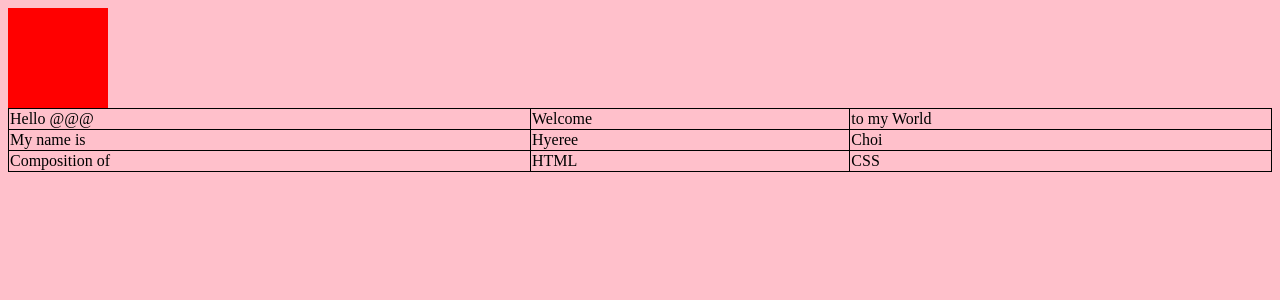
Repository: hyereechoi/hyereechoi.github.io
Page: page2.html
The author's editor kept a record of every edit. The page is drawn from the files as they stood at one moment, then again after the next edit.
The browser window is 1280 px wide. The pictures show the whole page.

Above is the page before.

### page2.html
<!DOCTYPE html>
<html>
<head>
<style>
div {
    width: 100px;
    height: 100px;
    background: red;
    -webkit-transition: width 2s; /* For Safari 3.1 to 6.0 */
    transition: width 2s;
}

div:hover {
    width: 300px;
}
</style>
</head>
<body>

<div></div>


</body>
</html>

<!DOCTYPE html>
<html>

<head>
<style>
table, th, td {
    border: 1px solid black;
    border-collapse: collapse;
}
</style>
</head>

<body>

  <style>
  body {background-color:pink}

</style>

<table style="width:100%">
  <tr>
    <td>Hello @@@</td>
    <td>Welcome</td>
    <td>to my World</td>
  </tr>
  <tr>
    <td>My name is</td>
    <td>Hyeree</td>
    <td>Choi</td>
  </tr>
  <tr>
    <td>Composition of</td>
    <td>HTML</td>
    <td>CSS</td>
  </tr>
</table>

</body>
</html>

After the next edit:
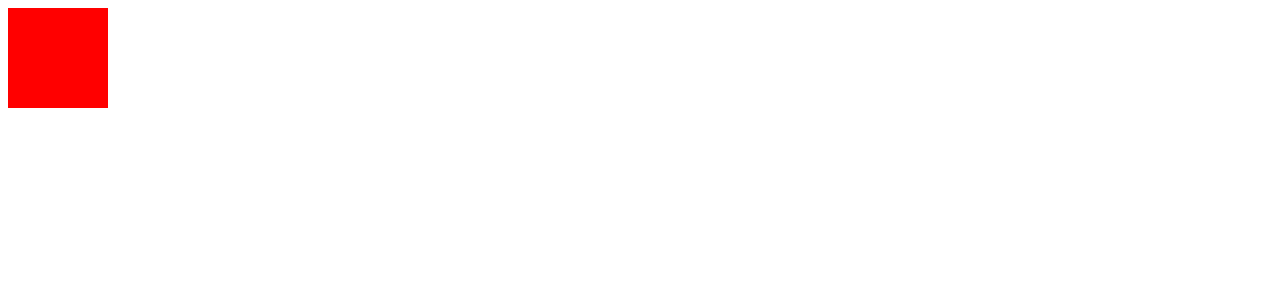
The edit:
--- a/page2.html
+++ b/page2.html
@@ -22,43 +22,3 @@
 
 </body>
 </html>
-
-<!DOCTYPE html>
-<html>
-
-<head>
-<style>
-table, th, td {
-    border: 1px solid black;
-    border-collapse: collapse;
-}
-</style>
-</head>
-
-<body>
-
-  <style>
-  body {background-color:pink}
-
-</style>
-
-<table style="width:100%">
-  <tr>
-    <td>Hello @@@</td>
-    <td>Welcome</td>
-    <td>to my World</td>
-  </tr>
-  <tr>
-    <td>My name is</td>
-    <td>Hyeree</td>
-    <td>Choi</td>
-  </tr>
-  <tr>
-    <td>Composition of</td>
-    <td>HTML</td>
-    <td>CSS</td>
-  </tr>
-</table>
-
-</body>
-</html>
